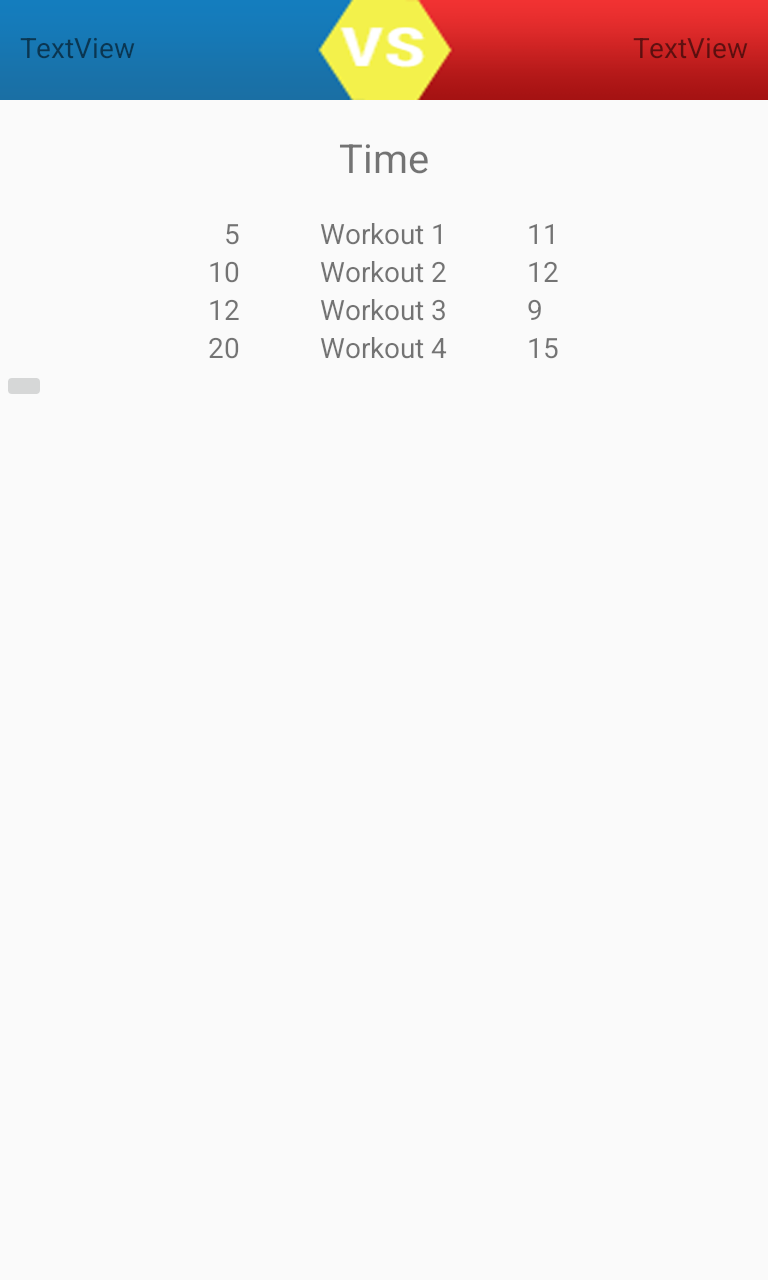
Repository: hackathon-2014/devdroid-repo
Layout: HealthyCompetition/res/layout/battlefield_layout.xml
The author's editor kept a copy of each file at every save. The layout is drawn from the files as they stood at one save, then again after the next save.
It is drawn on a 768 x 1280 px phone screen (xhdpi) without system bars, with theme AppTheme; the app's code is not run.

Above is the layout before, as saved 2014-08-23 19:52:40.

### HealthyCompetition/res/layout/battlefield_layout.xml
<?xml version="1.0" encoding="utf-8"?>
<LinearLayout xmlns:android="http://schemas.android.com/apk/res/android"
    android:layout_width="match_parent"
    android:layout_height="match_parent"
    android:orientation="vertical" >
    <RelativeLayout android:id="@+id/relative_layout_versus" android:layout_width="match_parent" android:layout_height="wrap_content">
        <ImageView android:id="@+id/versus_image" android:layout_width="match_parent" android:layout_height="50dp" android:background="@drawable/vs_banner"/>
        <TextView android:id="@+id/time_view" android:layout_width="wrap_content" android:layout_height="wrap_content" android:layout_below="@+id/versus_image" android:layout_centerHorizontal="true" android:layout_marginTop="15dp" android:text="Time" android:textSize="20dp"/>
        <TextView android:id="@+id/player_one_name" android:layout_width="wrap_content" android:layout_height="wrap_content" android:layout_alignParentLeft="true" android:layout_alignParentTop="true" android:layout_marginLeft="10dp" android:layout_marginTop="14dp" android:text="TextView"/>
        <TextView android:id="@+id/player_two_name" android:layout_width="wrap_content" android:layout_height="wrap_content" android:layout_alignBaseline="@+id/player_one_name" android:layout_alignBottom="@+id/player_one_name" android:layout_alignParentRight="true" android:layout_alignParentTop="true" android:layout_marginRight="10dp" android:text="TextView"/>
    </RelativeLayout>

    <RelativeLayout
        android:id="@+id/workout_layout_one"
        android:layout_width="match_parent"
        android:layout_height="wrap_content"
        android:layout_marginTop="15dp"
        android:orientation="vertical" >

        <TextView
            android:id="@+id/workout_one"
            android:layout_width="wrap_content"
            android:layout_height="wrap_content"
            android:layout_centerHorizontal="true"
            android:text="Workout 1" />

        <TextView
            android:id="@+id/playerone_workoutone"
            android:layout_width="wrap_content"
            android:layout_height="wrap_content"
            android:layout_alignParentTop="true"
            android:layout_marginRight="40dp"
            android:layout_toLeftOf="@+id/workout_one"
            android:text="5" />

        <TextView
            android:id="@+id/playertwo_workoutone"
            android:layout_width="wrap_content"
            android:layout_height="wrap_content"
            android:layout_alignParentTop="true"
            android:layout_marginLeft="40dp"
            android:layout_toRightOf="@+id/workout_one"
            android:text="11" />
    </RelativeLayout>

    <RelativeLayout
        android:id="@+id/workout_layout_two"
        android:layout_width="match_parent"
        android:layout_height="wrap_content"
        android:orientation="vertical" >

        <TextView
            android:id="@+id/workout_two"
            android:layout_width="wrap_content"
            android:layout_height="wrap_content"
            android:layout_centerHorizontal="true"
            android:text="Workout 2" />

        <TextView
            android:id="@+id/playerone_workouttwo"
            android:layout_width="wrap_content"
            android:layout_height="wrap_content"
            android:layout_alignParentTop="true"
            android:layout_marginRight="40dp"
            android:layout_toLeftOf="@+id/workout_two"
            android:text="10" />

        <TextView
            android:id="@+id/playertwo_workouttwo"
            android:layout_width="wrap_content"
            android:layout_height="wrap_content"
            android:layout_alignParentTop="true"
            android:layout_marginLeft="40dp"
            android:layout_toRightOf="@+id/workout_two"
            android:text="12" />
    </RelativeLayout>

    <RelativeLayout
        android:id="@+id/workout_layout_three"
        android:layout_width="match_parent"
        android:layout_height="wrap_content"
        android:orientation="vertical" >

        <TextView
            android:id="@+id/workout_three"
            android:layout_width="wrap_content"
            android:layout_height="wrap_content"
            android:layout_centerHorizontal="true"
            android:text="Workout 3" />

        <TextView
            android:id="@+id/playerone_workoutthree"
            android:layout_width="wrap_content"
            android:layout_height="wrap_content"
            android:layout_alignParentTop="true"
            android:layout_marginRight="40dp"
            android:layout_toLeftOf="@+id/workout_three"
            android:text="12" />

        <TextView
            android:id="@+id/playertwo_workoutthree"
            android:layout_width="wrap_content"
            android:layout_height="wrap_content"
            android:layout_alignParentTop="true"
            android:layout_marginLeft="40dp"
            android:layout_toRightOf="@+id/workout_three"
            android:text="9" />
    </RelativeLayout>

    <RelativeLayout
        android:id="@+id/workout_layout_four"
        android:layout_width="match_parent"
        android:layout_height="wrap_content"
        android:orientation="vertical" >

        <TextView
            android:id="@+id/workout_four"
            android:layout_width="wrap_content"
            android:layout_height="wrap_content"
            android:layout_centerHorizontal="true"
            android:text="Workout 4" />

        <TextView
            android:id="@+id/playerone_workoutfour"
            android:layout_width="wrap_content"
            android:layout_height="wrap_content"
            android:layout_alignParentTop="true"
            android:layout_marginRight="40dp"
            android:layout_toLeftOf="@+id/workout_four"
            android:text="20" />

        <TextView
            android:id="@+id/playertwo_workoutfour"
            android:layout_width="wrap_content"
            android:layout_height="wrap_content"
            android:layout_alignParentTop="true"
            android:layout_marginLeft="40dp"
            android:layout_toRightOf="@+id/workout_four"
            android:text="15" />
    </RelativeLayout>

    <ImageButton
        android:id="@+id/imageButton1"
        android:layout_width="wrap_content"
        android:layout_height="wrap_content"
        android:src="@drawable/" />

</LinearLayout>

Loaded but not shown: HealthyCompetition/res/values/styles.xml (common file); HealthyCompetition/res/values-v11/styles.xml (common file); HealthyCompetition/res/values-v14/styles.xml (common file)

After the next save:
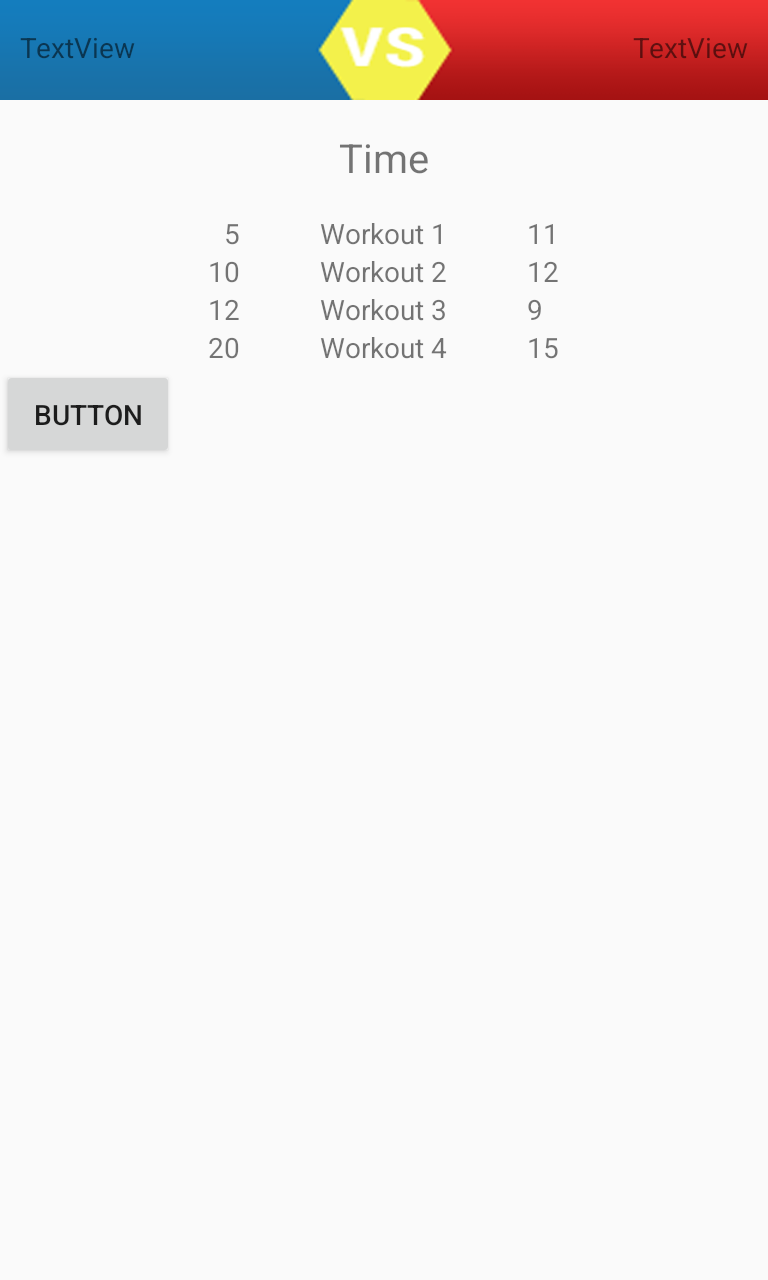
Saved 56 s later.
--- a/HealthyCompetition/res/layout/battlefield_layout.xml
+++ b/HealthyCompetition/res/layout/battlefield_layout.xml
@@ -139,10 +139,11 @@
             android:text="15" />
     </RelativeLayout>
 
-    <ImageButton
-        android:id="@+id/imageButton1"
+    <Button
+        android:id="@+id/button1"
         android:layout_width="wrap_content"
         android:layout_height="wrap_content"
-        android:src="@drawable/" />
+
+        android:text="Button" />
 
 </LinearLayout>
